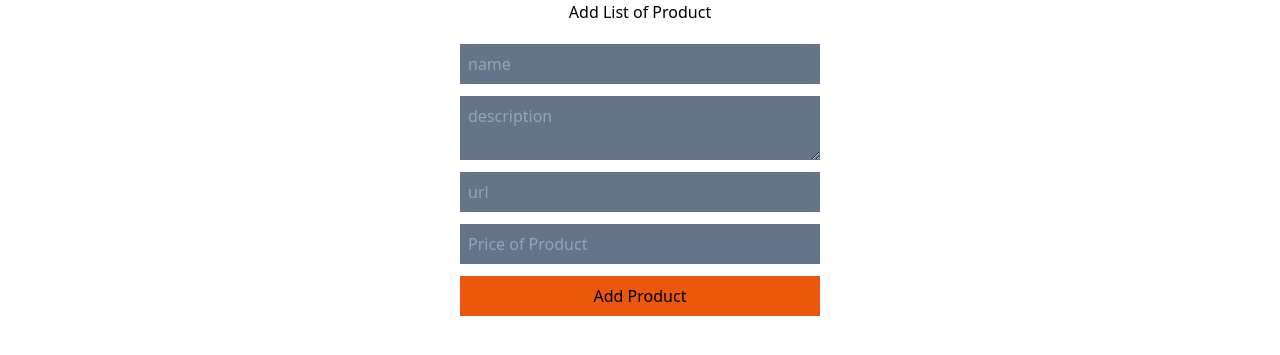
Repository: Semanmernstack/nextjs-openai-chatbot
Page: /add-product
The author's editor kept a copy of each file at every save. The page is drawn from the files as they stood at one save, then again after the next save.
The browser window is 1280 px wide. The pictures show the whole page.
The project was rebuilt for these pictures with package versions that can differ from the ones it lists, and the page was loaded fresh each time. The framework's server and built-in components were replaced by stand-ins that run in the browser. Also part of the build but not shown: next.config.js.

Above is the page before, as saved 2023-07-20 01:52:00.

After the next save:
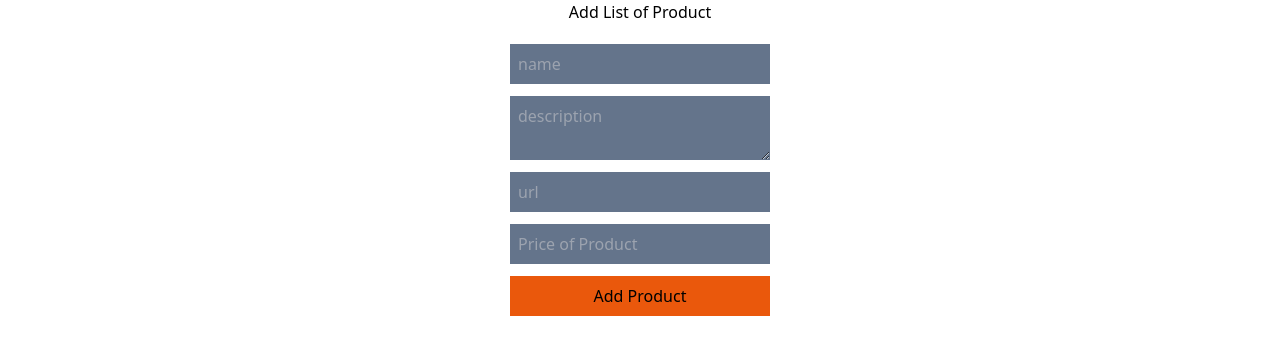
Saved 101 s later.
--- a/app/add-product/page.tsx
+++ b/app/add-product/page.tsx
@@ -4,7 +4,7 @@ function page() {
   return (
     <div className="flex flex-col">
         <h1 className="items-center justify-center flex">Add List of Product</h1>
-        <form className="flex flex-col max-w-2xl md:max-w-full mx-auto min-w-[400px] p-5 gap-3"  action="">
+        <form className="flex flex-col max-w-2xl md:max-w-full mx-auto min-w-[300px] p-5 gap-3"  action="">
             <input type="text"
                 required
                 name="name"
